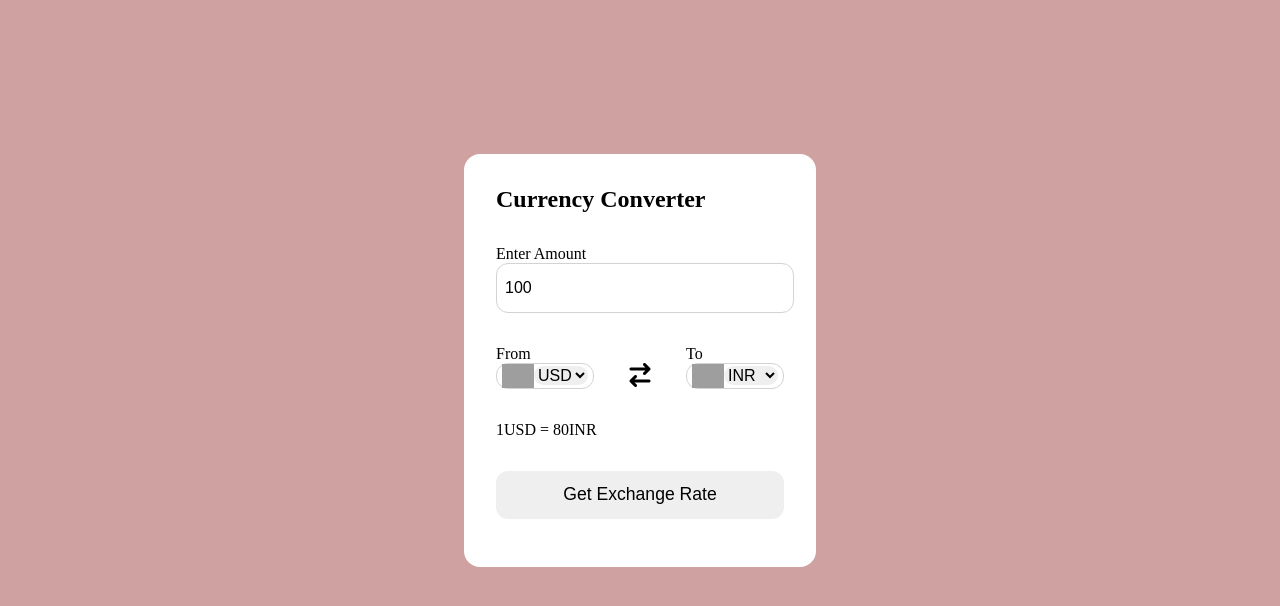
Repository: Chiranshukapil/Currency-Converter
Page: index.html
An editor plug-in stored every save of this project. The page is shown before and after the next save, followed by the edit.
The browser window is 1280 px wide. The pictures show the whole page.
Pictures or frames that could not be fetched are drawn as grey boxes.

Above is the page before, as saved 2024-07-01 04:35:51.

After the next save:
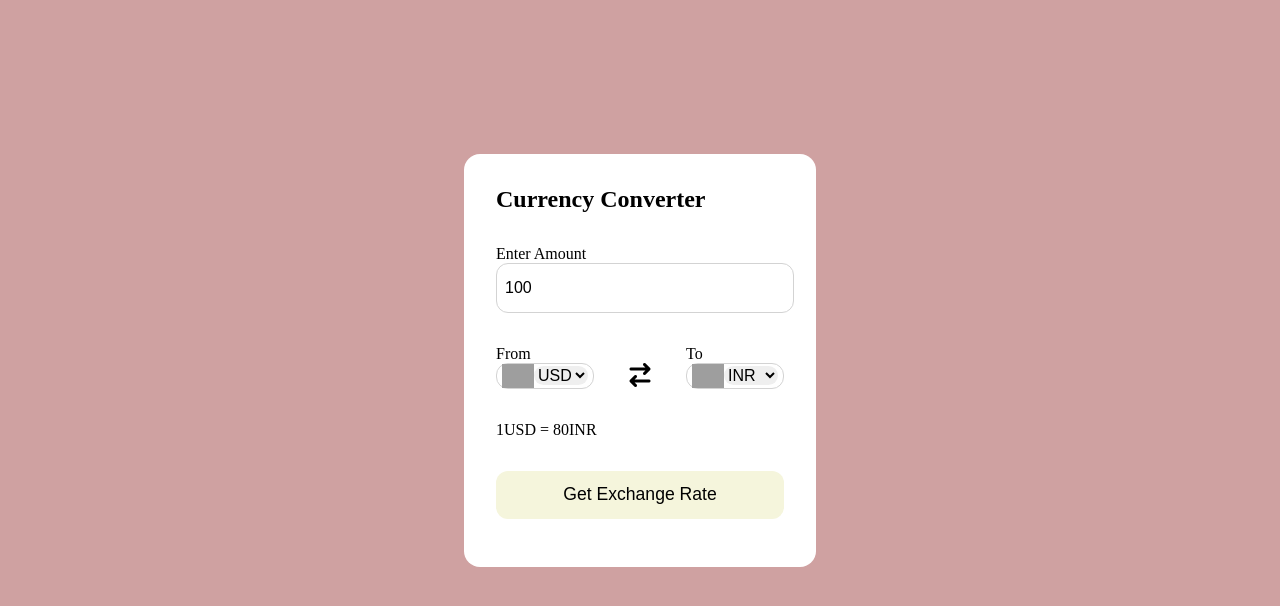
Saved 10 s later.
--- a/style.css
+++ b/style.css
@@ -81,5 +81,5 @@ form button{
     height: 3rem;
     cursor: pointer;
     font-size: 1.1rem;
-    background-color: ;
+    background-color: beige;
 }
